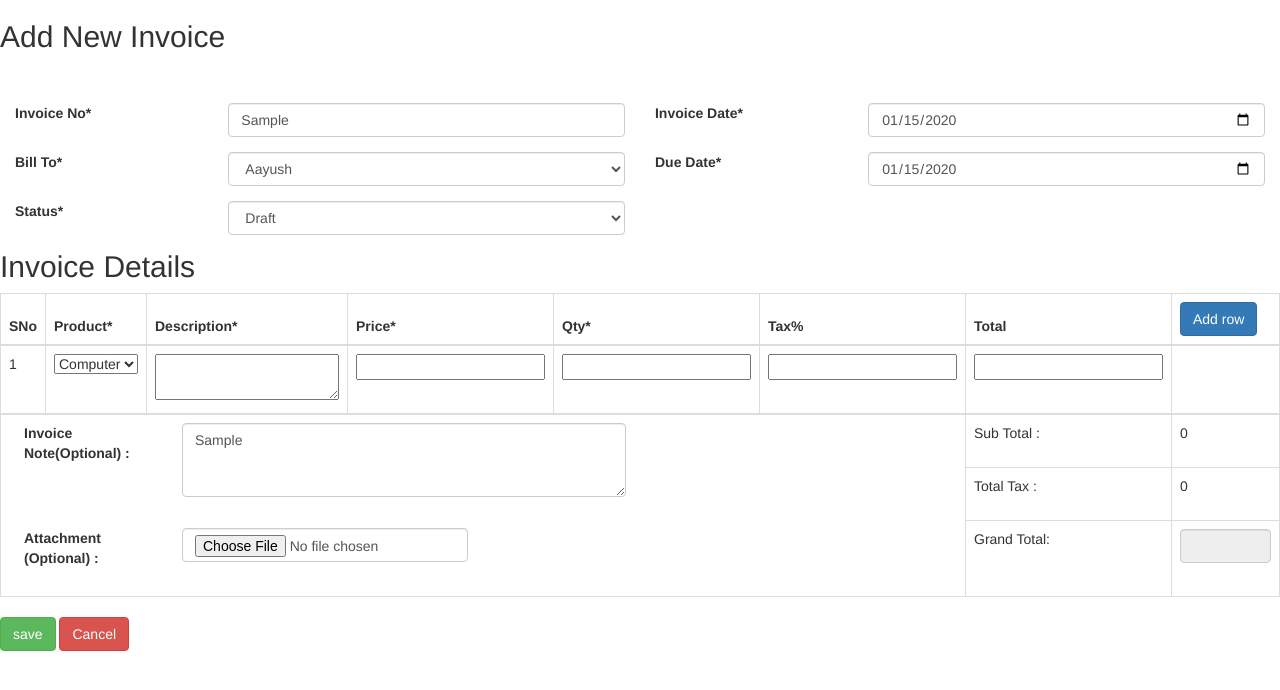
Repository: Aayush13013/Invoice_Management_app
Page: http://localhost/invoiceInfo/WEB-INF/jsp/new_invoiceInfo.jsp
These files come from the project's save history. The page is drawn as it stood at one moment and after a run of saves; the edit follows.
The browser window is 1280 px wide. The pictures show the whole page.
Empty fields were first filled with sample values (such as "Sample", 5 or name@example.com).
After loading, the first visible `input.btn` was clicked once.
The page is served by Tomcat 9. Nobody is signed in. The template is opened directly, without the code that normally fills it, so the values that code supplies are empty.

Above is the page before, as saved 2021-12-27 17:29:27.

After the next 2 saves:
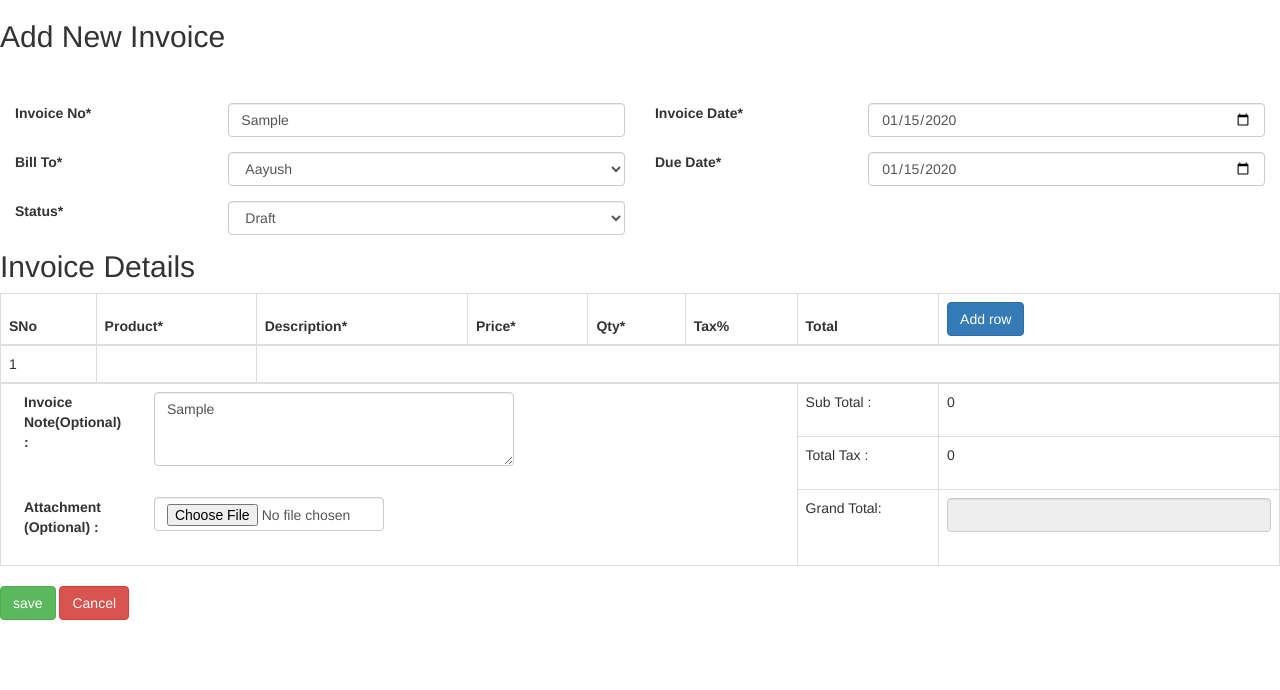
Console error: TypeError: Cannot set properties of undefined (setting 'required')
The 2 saves are shown as one change because they came seconds apart.
The last was saved 60 s later.
--- a/invoiceInfo/invoiceInfo/src/main/webapp/WEB-INF/jsp/new_invoiceInfo.jsp
+++ b/invoiceInfo/invoiceInfo/src/main/webapp/WEB-INF/jsp/new_invoiceInfo.jsp
@@ -40,6 +40,7 @@
 				option.text = array[i];
 				element1.appendChild(option);
 			}
+			element6.required="required";
 			cell1.appendChild(element1);
 
 			var cell2 = row.insertCell(2);

After the 2 saves that followed:
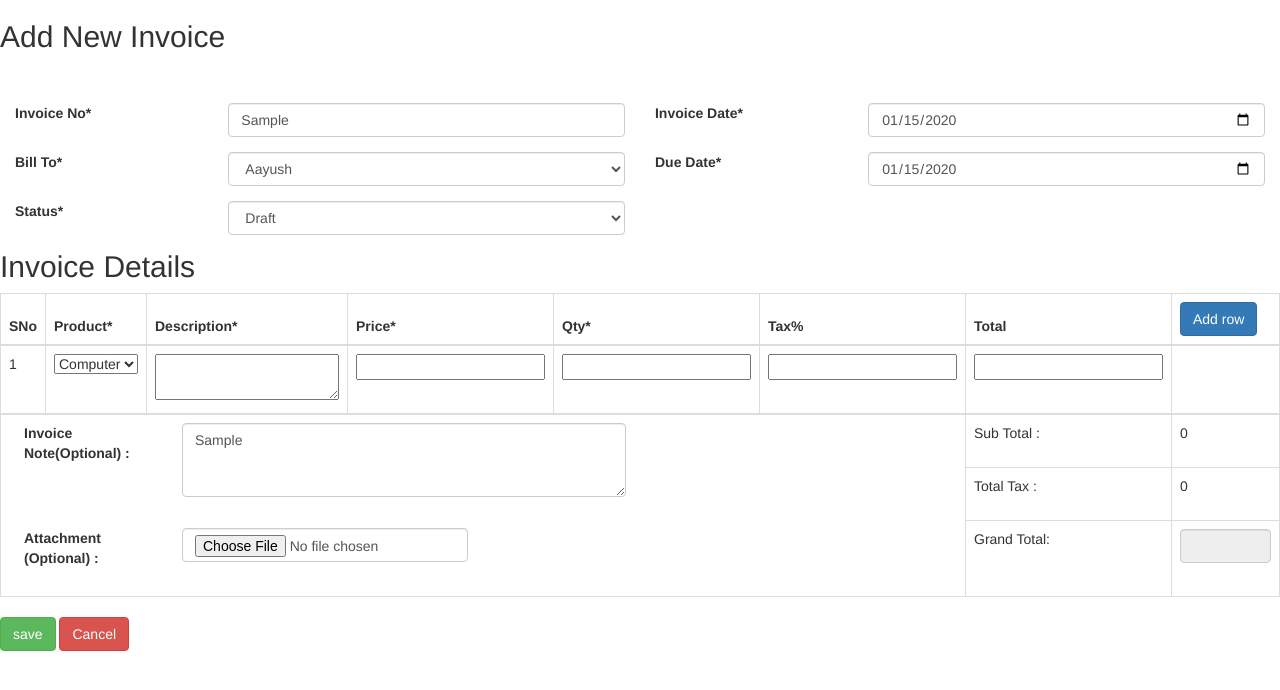
The error is gone.
The 2 saves are shown as one change because they came seconds apart.
The last was saved 7 s later.
--- a/invoiceInfo/invoiceInfo/src/main/webapp/WEB-INF/jsp/new_invoiceInfo.jsp
+++ b/invoiceInfo/invoiceInfo/src/main/webapp/WEB-INF/jsp/new_invoiceInfo.jsp
@@ -40,7 +40,7 @@
 				option.text = array[i];
 				element1.appendChild(option);
 			}
-			element6.required="required";
+			element1.required="required";
 			cell1.appendChild(element1);
 
 			var cell2 = row.insertCell(2);
